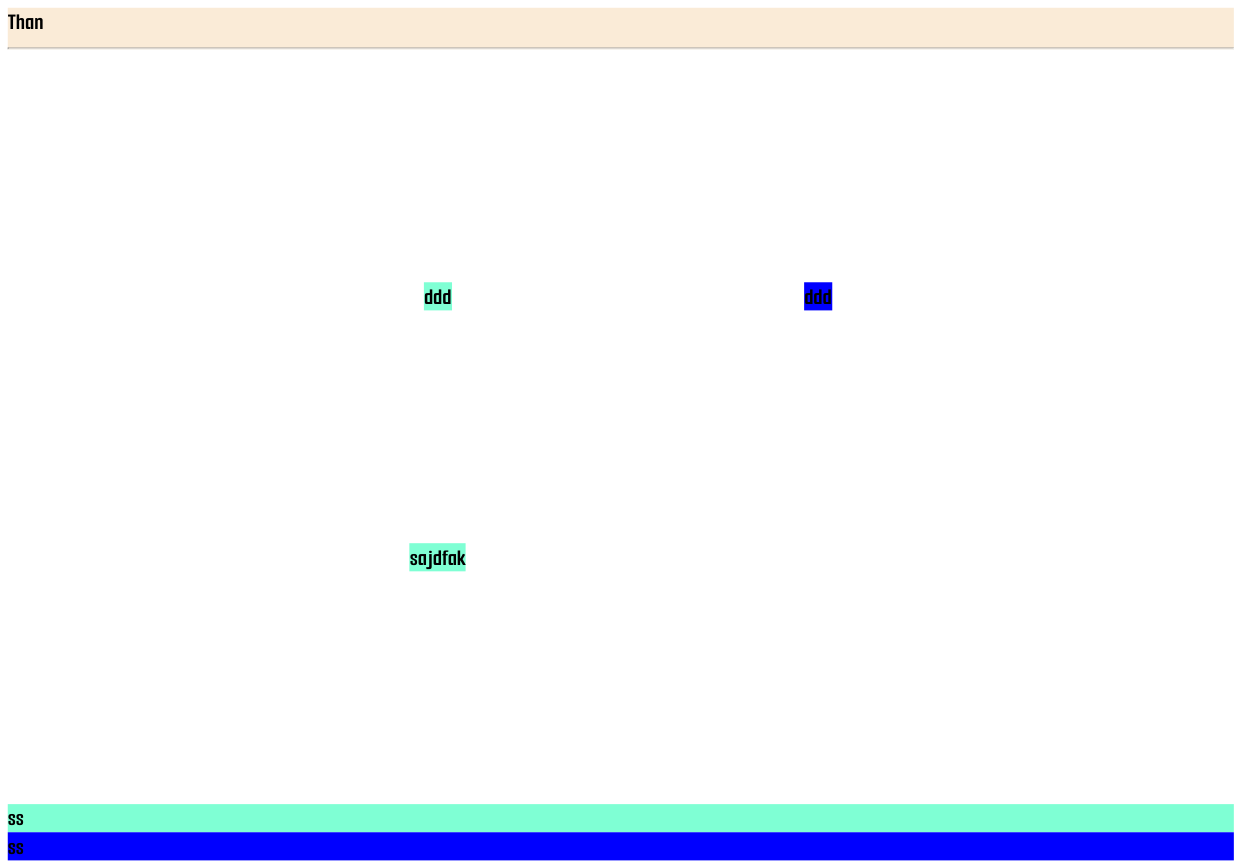
Repository: Than-dot/Than-dot
Page: index.html
The author's editor kept a copy of each file at every save. The page is drawn from the files as they stood at one save, then again after a run of saves.
The browser window is 1280 px wide. The pictures show the whole page, at 97% of full size.

Above is the page before, as saved 2026-04-22 12:34:56.

After the next 4 saves:
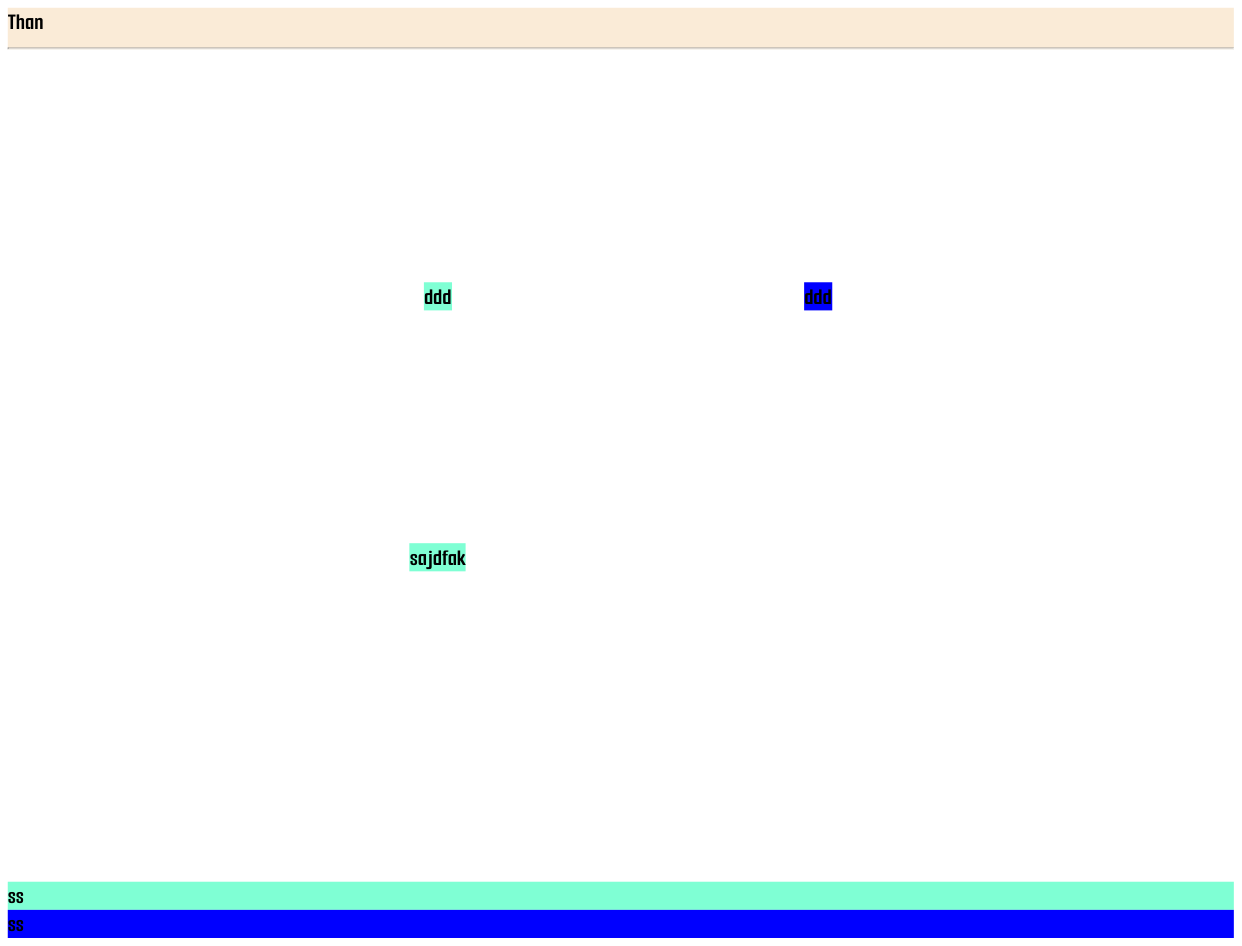
The 4 saves are shown as one change because they came seconds apart.
The last was saved 27 s later.
--- a/styles/index.css
+++ b/styles/index.css
@@ -20,4 +20,5 @@ aside {
 
 .stats {
   margin-top: 15rem;
+  margin-bottom: 5rem;
 }
